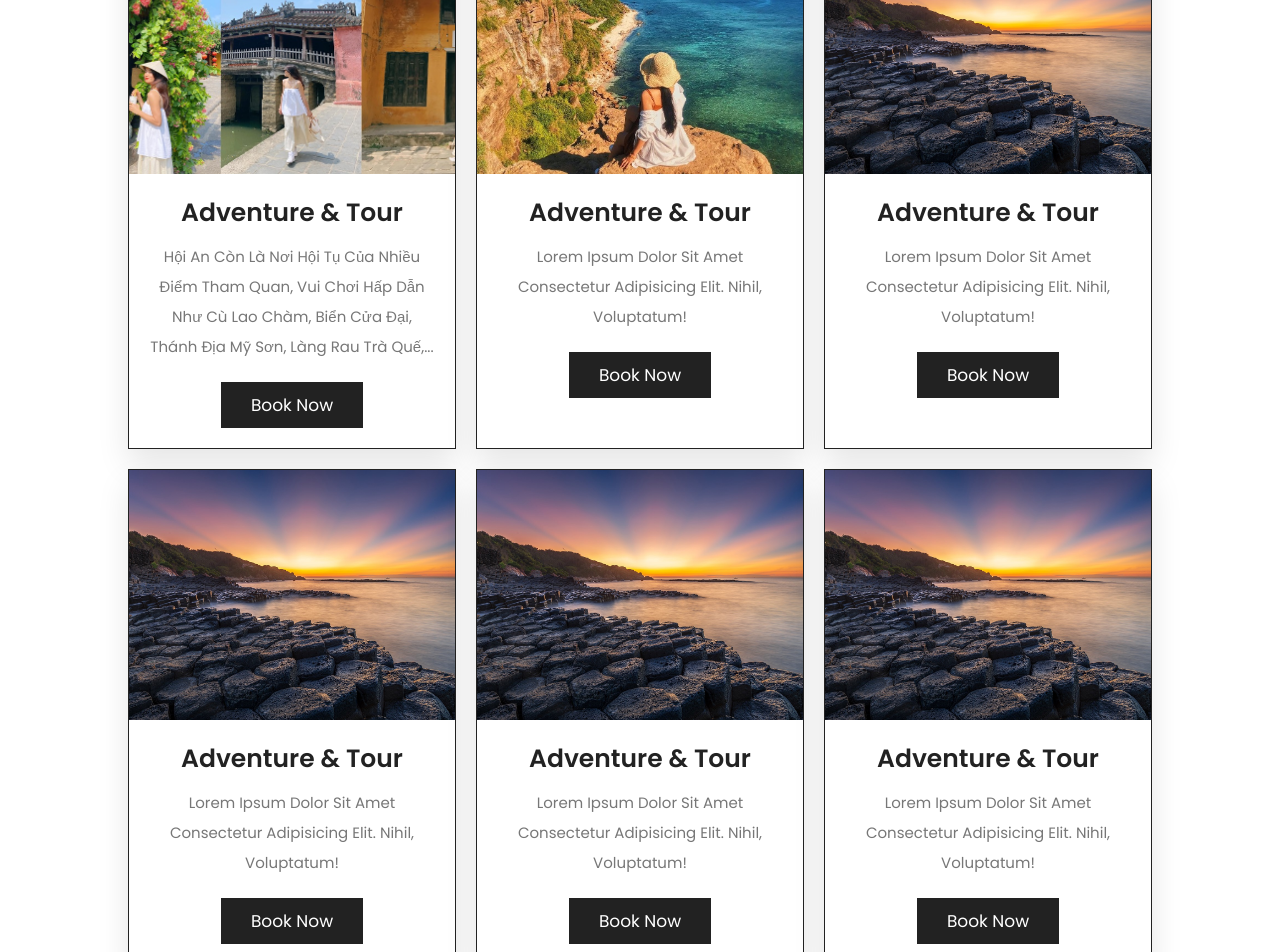
Repository: CTCuong/Traveloka-Web
Page: http://localhost/assets/package.php
These files come from the project's save history. The page is drawn as it stood at one moment and after the next save; the edit follows.
The browser window is 1280 px wide. The pictures show the part of the page from y = 725 to 1677 px (the page is 2462 px tall before and 2522 px after).
Backgrounds fixed to the window are drawn as part of the page. The page is run by PHP 8.4 with error messages shown; the project is at /var/www/html/.

Above is the page before, as saved 2023-07-24 20:12:08.

### assets/package.php
<!DOCTYPE html>
<html lang="en">
<head>
    <meta charset="UTF-8">
    <meta name="viewport" content="width=device-width, initial-scale=1.0">
    <title>Package</title>
    <!--swiper css-->
    <link rel="stylesheet"href="https://cdn.jsdelivr.net/npm/swiper@9/swiper-bundle.min.css"/>
    <!--font awesome link-->
    <link rel="stylesheet" href="https://cdnjs.cloudflare.com/ajax/libs/font-awesome/6.4.0/css/all.min.css">
    <!-- css file link -->
    <link rel="stylesheet" href="/assets/css/style.css">
</head>
<body>
    <!-- header section starts -->
    <section class="header">
        <a href="home.php" class="logo">traveloka.</a>

        <nav class="navbar">
            <a href="home.php">Home</a>
            <a href="about.php">About</a>
            <a href="package.php">Package</a>
            <a href="book.php">Book</a>

        </nav>

        <div id="menu-btn" class="fas fa-bars"></div>
    </section>
    <!-- header section ends -->

    <div class="heading" style="background: url(/assets/image/Packages/backgroup.jpeg) no-repeat;">
        <h1>Package</h1>
    </div>

    <!--packages section starts-->

    <section class="packages">

        <h1 class="heading-title">top destinations</h1>

        <div class="box-container">

            <div class="box">
                <div class="image">
                    <img src="/assets/image/Packages/4.jpg" alt="">
                </div>

                <div class="content">
                    <h3>adventure & tour</h3>
                    <p>Hội An còn là nơi hội tụ của nhiều điểm tham quan, vui chơi hấp dẫn như Cù Lao Chàm, biển Cửa Đại, thánh địa Mỹ Sơn, làng rau Trà Quế,... </p>
                    <a href="book.php" class="btn">book now</a>
                </div>
            </div>

            <div class="box">
                <div class="image">
                    <img src="/assets/image/Packages/5.jpg" alt="">
                </div>

                <div class="content">
                    <h3>adventure & tour</h3>
                    <p>Lorem ipsum dolor sit amet consectetur adipisicing elit. Nihil, voluptatum!</p>
                    <a href="book.php" class="btn">book now</a>
                </div>
            </div>

            <div class="box">
                <div class="image">
                    <img src="/assets/image/Packages/6.jpg" alt="">
                </div>

                <div class="content">
                    <h3>adventure & tour</h3>
                    <p>Lorem ipsum dolor sit amet consectetur adipisicing elit. Nihil, voluptatum!</p>
                    <a href="book.php" class="btn">book now</a>
                </div>
            </div>

            <div class="box">
                <div class="image">
                    <img src="/assets/image/Packages/6.jpg" alt="">
                </div>

                <div class="content">
                    <h3>adventure & tour</h3>
                    <p>Lorem ipsum dolor sit amet consectetur adipisicing elit. Nihil, voluptatum!</p>
                    <a href="book.php" class="btn">book now</a>
                </div>
            </div>

            <div class="box">
                <div class="image">
                    <img src="/assets/image/Packages/6.jpg" alt="">
                </div>

                <div class="content">
                    <h3>adventure & tour</h3>
                    <p>Lorem ipsum dolor sit amet consectetur adipisicing elit. Nihil, voluptatum!</p>
                    <a href="book.php" class="btn">book now</a>
                </div>
            </div>

            <div class="box">
                <div class="image">
                    <img src="/assets/image/Packages/6.jpg" alt="">
                </div>

                <div class="content">
                    <h3>adventure & tour</h3>
                    <p>Lorem ipsum dolor sit amet consectetur adipisicing elit. Nihil, voluptatum!</p>
                    <a href="book.php" class="btn">book now</a>
                </div>
            </div>

            <div class="box">
                <div class="image">
                    <img src="/assets/image/Packages/6.jpg" alt="">
                </div>

                <div class="content">
                    <h3>adventure & tour</h3>
                    <p>Lorem ipsum dolor sit amet consectetur adipisicing elit. Nihil, voluptatum!</p>
                    <a href="book.php" class="btn">book now</a>
                </div>
            </div>

            <div class="box">
                <div class="image">
                    <img src="/assets/image/Packages/6.jpg" alt="">
                </div>

                <div class="content">
                    <h3>adventure & tour</h3>
                    <p>Lorem ipsum dolor sit amet consectetur adipisicing elit. Nihil, voluptatum!</p>
                    <a href="book.php" class="btn">book now</a>
                </div>
            </div>

            <div class="box">
                <div class="image">
                    <img src="/assets/image/Packages/6.jpg" alt="">
                </div>

                <div class="content">
                    <h3>adventure & tour</h3>
                    <p>Lorem ipsum dolor sit amet consectetur adipisicing elit. Nihil, voluptatum!</p>
                    <a href="book.php" class="btn">book now</a>
                </div>
            </div>

            <div class="box">
                <div class="image">
                    <img src="/assets/image/Packages/6.jpg" alt="">
                </div>

                <div class="content">
                    <h3>adventure & tour</h3>
                    <p>Lorem ipsum dolor sit amet consectetur adipisicing elit. Nihil, voluptatum!</p>
                    <a href="book.php" class="btn">book now</a>
                </div>
            </div>

            <div class="box">
                <div class="image">
                    <img src="/assets/image/Packages/6.jpg" alt="">
                </div>

                <div class="content">
                    <h3>adventure & tour</h3>
                    <p>Lorem ipsum dolor sit amet consectetur adipisicing elit. Nihil, voluptatum!</p>
                    <a href="book.php" class="btn">book now</a>
                </div>
            </div>

            <div class="box">
                <div class="image">
                    <img src="/assets/image/Packages/6.jpg" alt="">
                </div>

                <div class="content">
                    <h3>adventure & tour</h3>
                    <p>Lorem ipsum dolor sit amet consectetur adipisicing elit. Nihil, voluptatum!</p>
                    <a href="book.php" class="btn">book now</a>
                </div>
            </div>

        </div>
        <div class="load-more"><span class="btn">load more</span></div>
    </section>

    <!--packages section ends-->


    <!-- footer section starts -->

    <section class="footer">
        <div class="box-container">

            <div class="box">
                <h3>quick links</h3>
                <a href="home.html"><i class="fas fa-angle-right"></i>Home</a>
                <a href="about.html"><i class="fas fa-angle-right"></i>About</a>
                <a href="package.html"><i class="fas fa-angle-right"></i>Package</a>
                <a href="book.html"><i class="fas fa-angle-right"></i>Book</a>
            </div>

            <div class="box">
                <h3>extra links</h3>
                <a href="#"><i class="fas fa-angle-right"></i> ask question</a>
                <a href="#"><i class="fas fa-angle-right"></i> about us</a>
                <a href="#"><i class="fas fa-angle-right"></i> privacy policy</a>
                <a href="#"><i class="fas fa-angle-right"></i> terms of use</a>
            </div>

            <div class="box">
                <h3>contract info</h3>
                <a href="#"><i class="fas fa-phone"></i> +84 098-326-789 </a>
                <a href="#"><i class="fas fa-phone"></i> +84 023-908-7865 </a>
                <a href="#"><i class="fas fa-envelope"></i> travekhanas@gmail.com </a>
                <a href="#"><i class="fas fa-map"></i> HaNoi, VietNam   </a>
            </div>

            <div class="box">
                <h3>follow us</h3>
                <a href="#"><i class="fab fa-facebook"></i> facebook </a>
                <a href="#"><i class="fab fa-twitter"></i> twitter </a>
                <a href="#"><i class="fab fa-instagram"></i> instagram </a>
                <a href="#"><i class="fab fa-telegram"></i> telegram </a>
            </div>

        </div>

        <div class="credit"> created by <span>mr. Cao Tran Cuong</span> | all rights reserved! </div>
    </section>
    <!-- footer section ends -->

    <!--swiper js-->
    <script src="https://cdn.jsdelivr.net/npm/swiper@9/swiper-bundle.min.js"></script>
    <!-- js file link -->
    <script src="/assets/js/scrip.js"></script>
</body>
</html>

### assets/css/style.css
@import url('https://fonts.googleapis.com/css2?family=Poppins:ital,wght@0,100;0,200;0,300;0,400;0,500;0,600;1,100;1,200;1,300;1,400;1,500;1,600&display=swap');

:root {
    --main-color:#2c9ed3;
    --black:#222;
    --white: #fff;
    --light-black:#777;
    --light-white:#fff9;
    --drak-bg:rgba(0,0,0,.7);
    --light-bg:#eee;
    --border: .1rem solid #222;
    --text-shadow:0 1.5rem 3rem rgba(0,0,0,.3);
    --box-shadow:0 1.5rem 3rem rgba(0,0,0,.1);
}
* {
    font-family: 'Poppins', sans-serif;
    margin: 0; padding: 0;
    outline: none;border: none;
    box-sizing: border-box;
    text-decoration: none;
    text-transform: capitalize;

}

html {
    font-size: 62.5%;
    overflow-x: hidden;
}

html::-webkit-scrollbar {
    width : 1rem;
}

html::-webkit-scrollbar-track {
    background-color: var(--white);
}

html::-webkit-scrollbar-thumb {
    background-color: var(--main-color);
}
section {
    padding: 5rem 10%;
}
.header {
    position: sticky;
    top:0; left: 0; right: 0;
    z-index: 1000;
    background-color: var(--white);
    display: flex;
    padding-top: 2rem;
    padding-bottom: 2rem;
    box-shadow: var(--box-shadow);
    align-items: center;
    justify-content:space-between;
}

.header .logo {
    font-size: 2.5rem;
    color: var(--black);
    font-weight: bold;
}

.header .navbar a {
    font-size: 2rem;
    margin-left: 2rem;
    color: var(--black);
}

#menu-btn {
    font-size: 2.5rem;
    color: var(--black);
    cursor: pointer;
    display: none;
}

.home {
    padding: 0;
}

.home .slide {
    text-align: center;
    padding: 2rem;
    display: flex;
    align-items: center;
    justify-content: center;
    background-size: cover !important;
    background-position: center !important;
    min-height: 60rem;
}

.home .slide .content {
    width: 85rem;
    display: none;
}

.home .swiper-slide-active .content {
    display: inline-block;
}

.home .slide .content span {
    display: block;
    font-size: 2.2rem;
    color: var(--light-white);
    padding-bottom: 1rem;
    animation:fadeIn .4s linear backwards .2s;
}

.home .slide .content h3 {
    font-size: 6vw;
    color: var(--white);
    text-transform: uppercase;
    line-height: 1;
    text-shadow: var(--text-shadow);
    padding: 1rem 0;
    animation:fadeIn .4s linear backwards .4s;
}

.home .slide .content .btn {
    animation:fadeIn .4s linear backwards .6s;
}


@keyframes fadeIn {
    0% {
        transform: scale(0);
        opacity: 0;
    }
}


.heading {
    background-size: cover !important;
    background-position: center !important;
    padding-top: 10rem;
    padding-bottom: 15rem;
    display: flex;
    align-items: center;
    justify-content: center;
}

.heading h1 {
    font-size: 10rem;
    text-transform: uppercase;
    color: var(--white);
    text-shadow: var(--box-shadow);
}

.about {
    display: flex;
    align-items: center;
    flex-wrap: wrap;
    gap:3rem;
}

.about .image {
    flex: 1 1 41rem;
}

.about .image img {
    width: 100%;
}

.about .content {
    flex: 1 1 41rem;
    text-align: center;
}

.about .content h3 {
    font-size: 3rem;
    color: var(--black);
}

.about .content p {
    font-size: 1.5rem;
    color: var(--light-black);
    line-height: 2;
    padding: 1rem 0;
    text-align: justify;
}

.about .content .icons-container {
    margin-top: 2rem;
    display: flex;
    flex-wrap: wrap;
    gap :1.5rem;
    align-items: flex-end;
}

.about .content .icons-container .icons {
    background: var(--light-bg);
    padding: 2rem;
    flex: 1 1  10rem;
}

.about .content .icons-container .icons i {
    font-size: 4rem;
    margin-top: 2rem;
    color:  var(--main-color);
}

.about .content .icons-container .icons span {
    font-size: 1.5rem;
    color: var(--light-black);
    display: block;
}

.reviews {
    background: var(--light-bg);
}

.reviews .slide {
    padding: 2rem;
    border: var(--border);
    background: var(--white);
    text-align: center;
    box-shadow: var(--box-shadow);
    user-select: none;
}

.reviews .slide .stars i {
    font-size: 1.7rem;
    color: var(--main-color);
}

.reviews .slide p {
    font-size: 1.5rem;
    color: var(--light-black);
    line-height: 2;
    padding: 1rem 0;
    text-align: justify;
}

.reviews .slide h3 {
    font-size: 2rem;
    color: var(--black);
}

.reviews .slide span {
    font-size: 1.5rem;
    color: var(--main-color);
    display: block;
}

.reviews .slide img {
    height: 7rem;
    width: 7rem;
    border-radius: 50%;
    object-fit: cover;
    margin-top: 1rem;
}

.reviews .slide .stars {
    padding-bottom: .5rem;
}




.btn {
    display: inline-block;
    background: var(--black);
    margin-top: 1rem;
    color: var(--white);
    font-size: 1.7rem;
    padding: 1rem 3rem;
    cursor: pointer;

}

.btn:hover {
    background: var(--main-color);
}

.home-about {
    display: flex;
    align-items: center;
    flex-wrap: wrap;
}

.home-about .image {
    flex: 1 1 41rem;
}

.home-about .image img {
    width: 100%;

}

.home-about .content {
    flex: 1 1 41rem;
    padding: 3rem;
    background: var(--light-bg);
}

.home-about .content h3 {
    font-size: 3rem;
    color: var(--black);
}

.home-about .content p {
    font-size: 1.5rem;
    padding: 1rem;
    line-height:2 ;
    color: var(--black);
    text-align: justify;
}

.home-packages {
    background: var(--light-bg);
}

.home-packages .box-container .box {
    border: var(--border);
    box-shadow: var(--box-shadow);
    background: var(--white);
}

.home-packages .box-container {
    display: grid;
    grid-template-columns: repeat(auto-fit, minmax(30rem, 1fr));
    gap : 2rem;
}

.home-packages .box-container .box .image {
    height: 25rem;
    overflow: hidden;
}

.home-packages .box-container .box .image img {
    height: 100%;
    width: 100%;
    object-fit: cover;
    transition: .2s linear;
}

.home-packages .box-container .box:hover .image img {
    transform: scale(1.1);

}

.home-packages .box-container .box .content {
    padding: 2rem;
    text-align: center;

}

.home-packages .box-container .box .content h3 {
    font-size: 2.5rem;
    color: var(--black);
}

.home-packages .box-container .box .content p {
    font-size: 1.5rem;
    color: var(--light-black);
    line-height: 2;
    padding: 1rem 0;
    text-align: justify;
}

.home-packages .load-more {
    text-align: center;
    margin-top: 2rem;
}

.home-offer {
    text-align: center;
}

.home-offer .content {
    max-width: 50rem;
    margin: 0 auto;
}

.home-offer .content h3 {
    font-size: 3.5rem;
    text-transform: uppercase;
    color: var(--black);
}

.home-offer .content p {
    font-size: 1.5rem;
    color: var(--black);
    line-height: 2;
    padding: 1rem 0;
}


.services .box-container {
    display: grid;
    grid-template-columns: repeat(auto-fit, minmax(16rem, 1fr));
    gap : 1.5rem;
}

.services .box-container .box {
    padding: 3rem 2rem;
    text-align: center;
    background: var(--main-color);
    cursor: pointer;
}


.services .box-container .box:hover {
    background: var(--black) ;
}

.services .box-container .box h3 {
    color: var(--white);
    font-size: 1,7rem;
    padding-top: 1rem;
}

.services .box-container .box img {
    height: 7rem;
}

.heading-title {
    text-align: center;
    margin-bottom: 3rem;
    font-size: 6rem;
    text-transform: uppercase;
    color: var(--black);
}

.packages .box-container .box {
    border: var(--border);
    box-shadow: var(--box-shadow);
    background: var(--white);
    display: none;
}

.packages .box-container .box:nth-child(1),
.packages .box-container .box:nth-child(2),
.packages .box-container .box:nth-child(3),
.packages .box-container .box:nth-child(4),
.packages .box-container .box:nth-child(5),
.packages .box-container .box:nth-child(6){
    display: inline-block;
}

.packages .box-container {
    display: grid;
    grid-template-columns: repeat(auto-fit, minmax(30rem, 1fr));
    gap : 2rem;
}

.packages .box-container .box .image {
    height: 25rem;
    overflow: hidden;
}

.packages .box-container .box .image img {
    height: 100%;
    width: 100%;
    object-fit: cover;
    transition: .2s linear;
}

.packages .box-container .box:hover .image img {
    transform: scale(1.1);

}

.packages .box-container .box .content {
    padding: 2rem;
    text-align: center;

}

.packages .box-container .box .content h3 {
    font-size: 2.5rem;
    color: var(--black);
}

.packages .box-container .box .content p {
    font-size: 1.5rem;
    color: var(--light-black);
    line-height: 2;
    padding: 1rem 0;
}

.packages .load-more {
    text-align: center;
    margin-top: 2rem;
}

.booking .book-form {
    padding: 2rem;
    background: var(--light-bg);
}

.booking .book-form .flex {
    display: flex;
    flex-wrap: wrap;
    gap: 2rem;
}

.booking .book-form .flex .inputBox {
    flex: 1 1 41rem;
}

.booking .book-form .flex .inputBox input{
    width: 100%;
    padding: 1.2rem 1.4rem;
    font-size: 1.6rem;
    color: var(--light-black);
    text-transform: none;
    margin-top: 1.5rem;
    border: var(--border);
}

.booking .book-form .flex .inputBox input:focus {
    background: var(--black);
    color: var(--white);
}

booking .book-form .flex .inputBox input:focus::placeholder {
    background: var(--black);
    color: var(--light-white);
}

booking .book-form .flex .inputBox span {
    font-size: 1.5rem;
    color: var(--light-black);
}

.booking .book-form .btn {
    margin-top: 2rem;
}



























.footer {
    background:url(/assets/image/Footer/low-angle-nature-night-time.jpg) no-repeat;
    background-size: cover;
    background-position: center;
    background-attachment: fixed;
}

.footer .box-container {
    display: grid;
    grid-template-columns: repeat(auto-fit, minmax(25rem, 1fr));
    gap : 3rem;
}

.footer .box-container .box h3{
    color: var(--white);
    font-size: 2.5rem;
    padding-bottom: 2rem;
}

.footer .box-container .box a {
    color: var(--light-white);
    font-size: 1.5rem;
    padding-bottom: 1.5rem;
    display: block;
}

.footer .box-container .box a i {
    color: var(--main-color);
    padding-right: .5rem;
    transition: .2s linear ;
}

.footer .box-container .box a:hover i {
    padding-right: 2rem;
}

.footer .credit {
    text-align: center;
    padding-top: 3.5rem;
    margin-top: 3rem;
    border-top: .1rem solid var(--light-bg);
    font-size: 2rem;
    color: var(--white);
}

.footer .credit span {
    color:var(--main-color);
}



/* media queries */
@media (max-width:1200px) {

    section {
        padding: 3rem 5%;
    }

}

@media (max-width:991px) {

    html {
        font-size: 55%;
    }

    section {
        padding: 3rem 2rem;
    }

    .home .slide .content h3 {
        font-size: 10vw;
    }
}

@media (max-width:768px) {
    #menu-btn {
         display: inline-block;
         transition: .2s linear;
    }

    #menu-btn.fa-times {
        transform: rotate(180deg);
    }

    .header .navbar {
        position: absolute;
        top:99%; left:0; right:0;
        background-color: var(--white);
        border-top: var(--border);
        padding: 2rem;
        transition: .2s linear;
        clip-path: polygon(0 0, 100% 0, 100% 0, 0 0);
    }

    .header .navbar.active {
        clip-path: polygon(0 0, 100% 0, 100% 100%, 0 100%);
    }

    .header .navbar a {
        display:block;
        margin: 2rem;
        text-align: center ;
    }

}
@media (max-width:450px) {

    html {
        font-size: 50%;
    }

    .heading-title {
        font-size: 3.5rem;
    }

}

### assets/js/scrip.js
let menu = document.querySelector('#menu-btn');
let navbar = document.querySelector('.header .navbar');

menu.onclick = () =>{
    menu.classList.toggle('fa-times');
    navbar.classList.toggle('active');
};

window.onscroll = () => {
    menu.classList.remove('fa-times')
    navbar.classList.remove('active')

};

var swiper = new Swiper(".home-slider", {
  loop:true,
  navigation: {
    nextEl: ".swiper-button-next",
    prevEl: ".swiper-button-prev",
  },
});



var swiper = new Swiper(".reviews-slider", {
  slidesPerView: 3,
  spaceBetween:30,
  slidesPerGroup:3,
  loop:true,
  loopFillGroupWithBlank: true,
  pagination: {
    el:".swiper-pagination",
    clickable:true,
  },
  navigation: {
    nextEl:".swiper-button-next",
    prevEl:".swiper-button-prev",
  },
});

let loadMoreBtn = document.querySelector('.packages .load-more .btn');
let currentItem = 3;

loadMoreBtn.onclick = () =>{
  let boxes = [...document.querySelectorAll('.packages .box-container .box')];
  for (var i = currentItem; i < currentItem + 3; i ++){
    boxes[i].style.display = 'inline-block';
  };
  currentItem +=3;
  if(currentItem >=boxes.length){
    loadMoreBtn.style.display = 'none';
  }
}

After the next save:
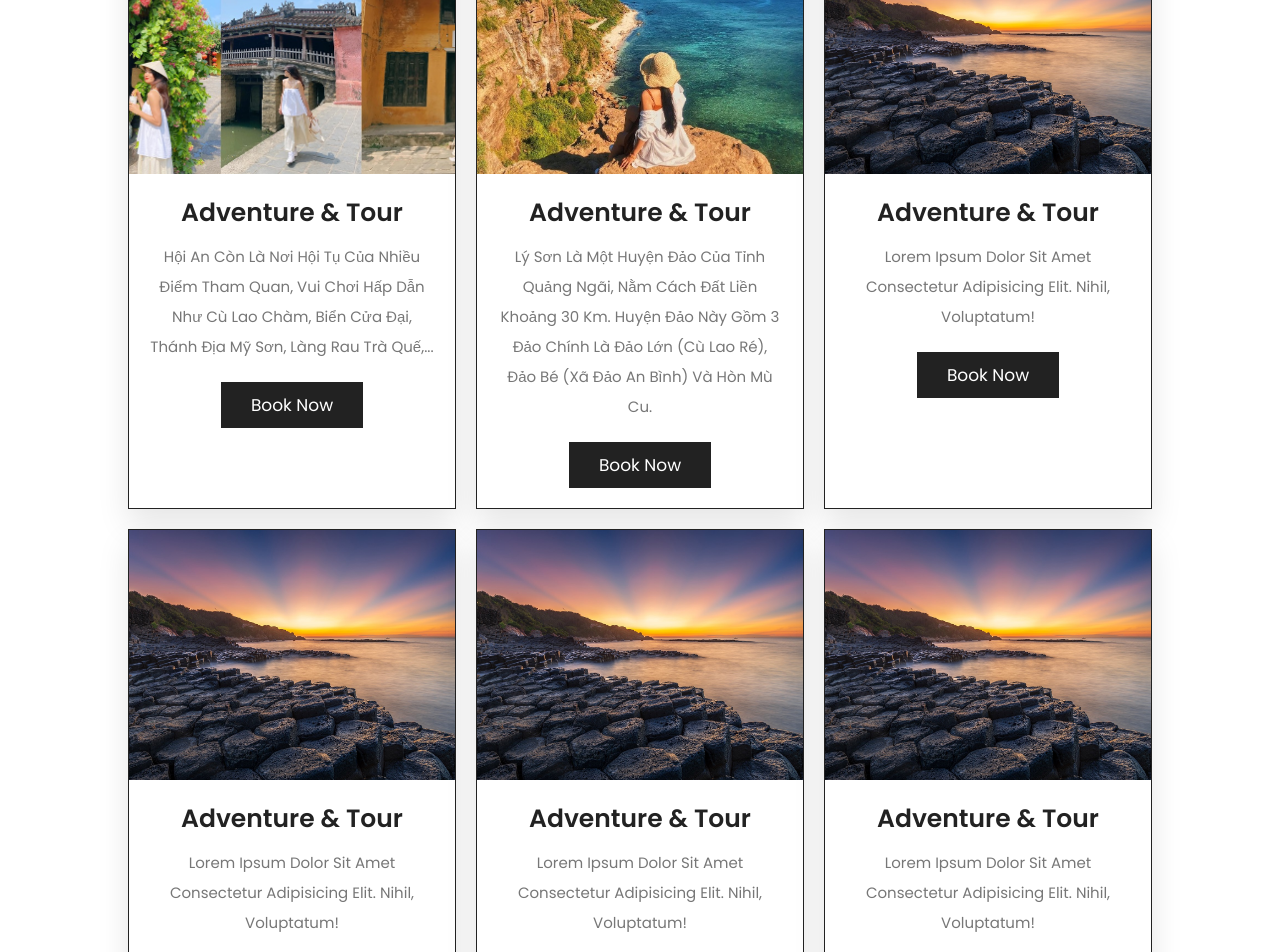
Saved 4 s later.
--- a/assets/package.php
+++ b/assets/package.php
@@ -59,7 +59,7 @@
 
                 <div class="content">
                     <h3>adventure & tour</h3>
-                    <p>Lorem ipsum dolor sit amet consectetur adipisicing elit. Nihil, voluptatum!</p>
+                    <p>Lý Sơn là một huyện đảo của tỉnh Quảng Ngãi, nằm cách đất liền khoảng 30 km. Huyện đảo này gồm 3 đảo chính là đảo Lớn (Cù Lao Ré), đảo Bé (xã đảo An Bình) và hòn Mù Cu.</p>
                     <a href="book.php" class="btn">book now</a>
                 </div>
             </div>
